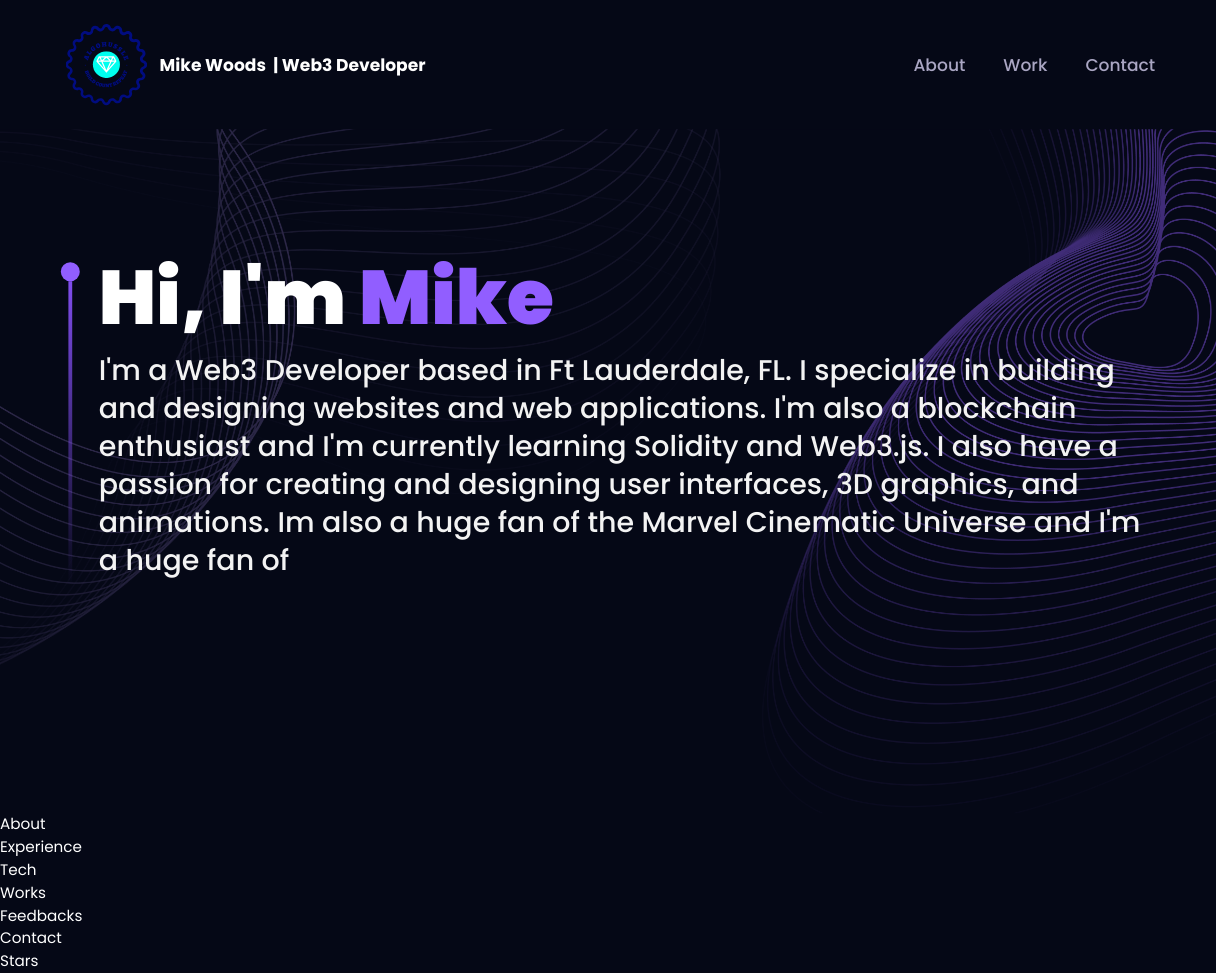
Repository: MikeeBuilds/3D-portfolio
Page: /
An editor plug-in stored every save of this project. The page is shown before and after the next save, followed by the edit.
The browser window is 1280 px wide. The pictures show the whole page, at 95% of full size.
The project was rebuilt for these pictures with package versions that can differ from the ones it lists, and the page was loaded fresh each time. Also part of the build but not shown: vite.config.js, src/components/canvas/Earth.jsx, src/components/canvas/Ball.jsx, src/components/canvas/Computers.jsx.

Above is the page before, as saved 2023-03-04 15:05:52.

After the next save:
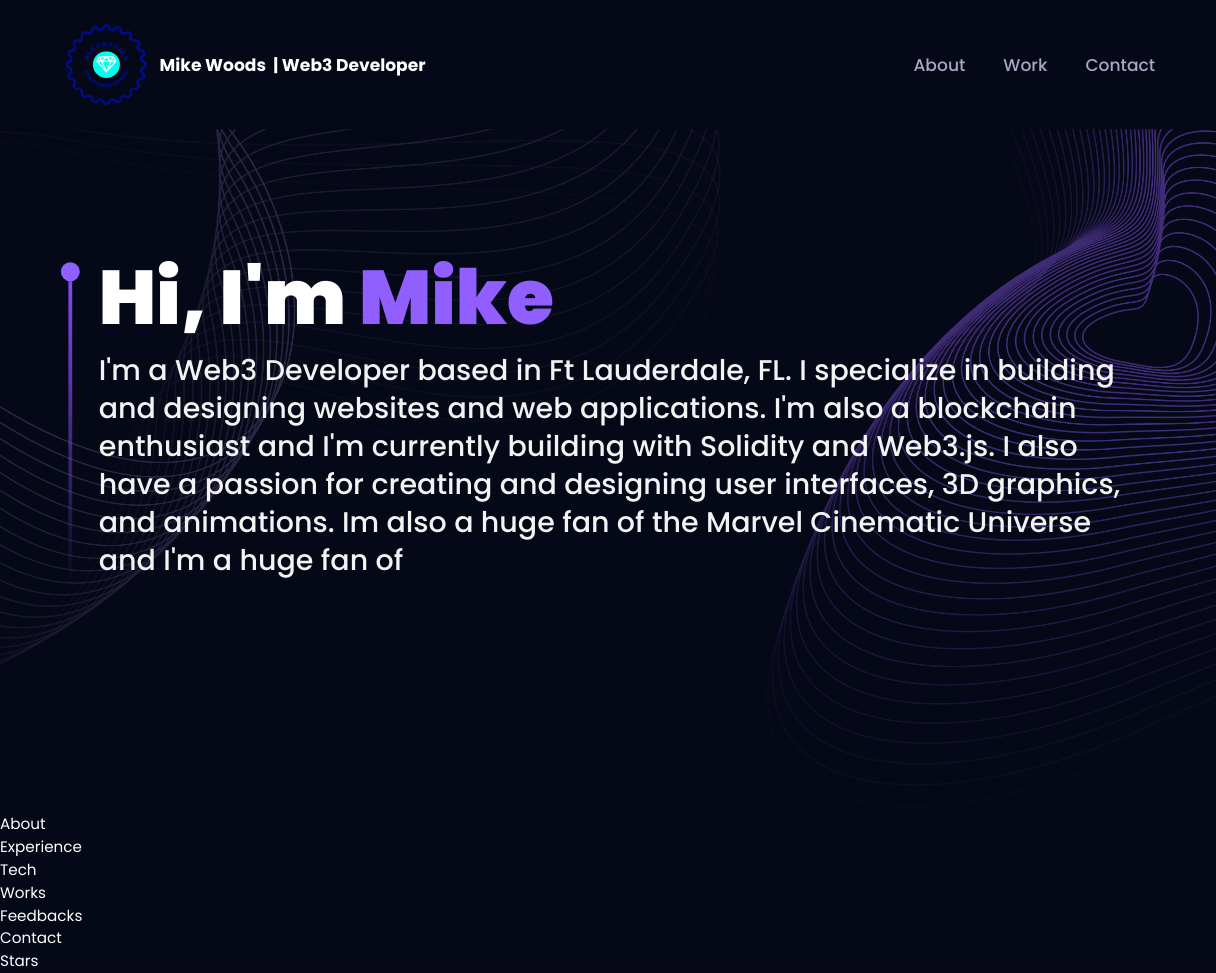
Saved 19 s later.
--- a/src/components/Hero.jsx
+++ b/src/components/Hero.jsx
@@ -19,7 +19,7 @@ const Hero = () => {
             <p className={`${styles.heroSubText} mt-2 text-white-100`}>
               I'm a Web3 Developer based in Ft Lauderdale, FL. I specialize in building and
                 designing websites and web applications. I'm also a blockchain enthusiast and
-                I'm currently learning Solidity and Web3.js. I also have a passion for
+                I'm currently building with Solidity and Web3.js. I also have a passion for
                 creating and designing user interfaces, 3D graphics, and animations.
                 Im also a huge fan of the Marvel Cinematic Universe and I'm a huge fan of
 
